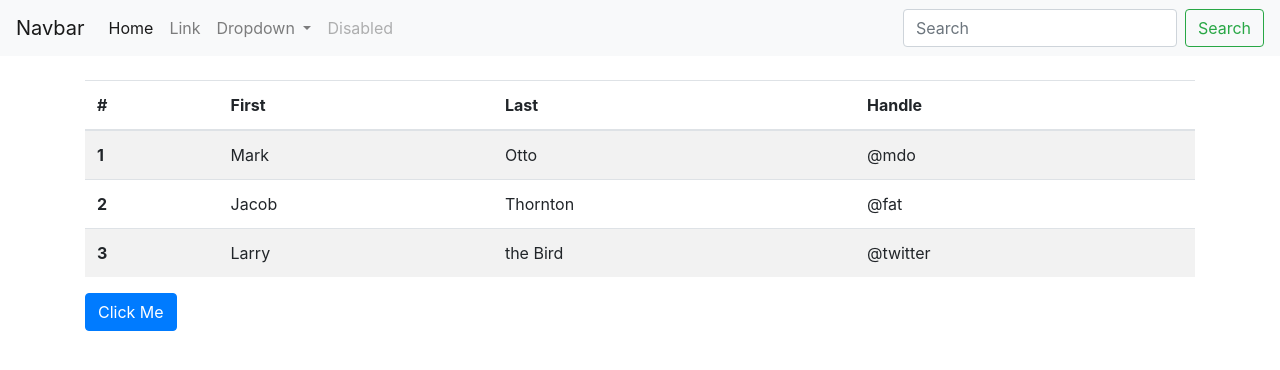
Repository: nashthecoder/vuebasics
Page: / (app in vue-app/demo/)
These files come from the project's save history. The page is drawn as it stood at one moment and after the next save; the edit follows.
The browser window is 1280 px wide. The pictures show the whole page.
The project was rebuilt for these pictures with package versions that can differ from the ones it lists, and the page was loaded fresh each time. Also part of the build but not shown: vue-app/demo/src/components/HelloWorld.vue.

Above is the page before, as saved 2021-01-06 19:52:25.

After the next save:
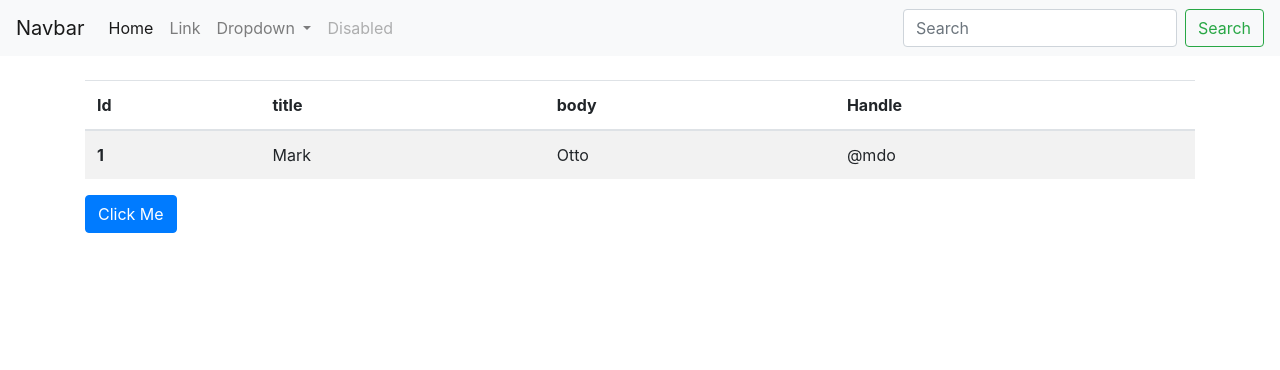
Saved 107 s later.
--- a/vue-app/demo/src/components/Posts.vue
+++ b/vue-app/demo/src/components/Posts.vue
@@ -3,9 +3,9 @@
     <table class="table table-striped mt-4">
   <thead>
     <tr>
-      <th scope="col">#</th>
-      <th scope="col">First</th>
-      <th scope="col">Last</th>
+      <th scope="col">Id</th>
+      <th scope="col">title</th>
+      <th scope="col">body</th>
       <th scope="col">Handle</th>
     </tr>
   </thead>
@@ -15,18 +15,6 @@
       <td>Mark</td>
       <td>Otto</td>
       <td>@mdo</td>
-    </tr>
-    <tr>
-      <th scope="row">2</th>
-      <td>Jacob</td>
-      <td>Thornton</td>
-      <td>@fat</td>
-    </tr>
-    <tr>
-      <th scope="row">3</th>
-      <td>Larry</td>
-      <td>the Bird</td>
-      <td>@twitter</td>
     </tr>
   </tbody>
 </table>
@@ -41,10 +29,10 @@ export default {
   data(){
     return{
       posts: [
-        {id:1, title: 'Post 1'},
-        {id:2, title: 'Post 2'},
-        {id:3, title: 'Post 3'},
-        {id:4, title: 'Post 4'},
+        {id:1, title: 'Post 1', body: "this is the text body"},
+        {id:2, title: 'Post 2', body: "this is the text body"},
+        {id:3, title: 'Post 3', body: "this is the text body"},
+        {id:4, title: 'Post 4', body: "this is the text body"},
       ]
     }
   }
